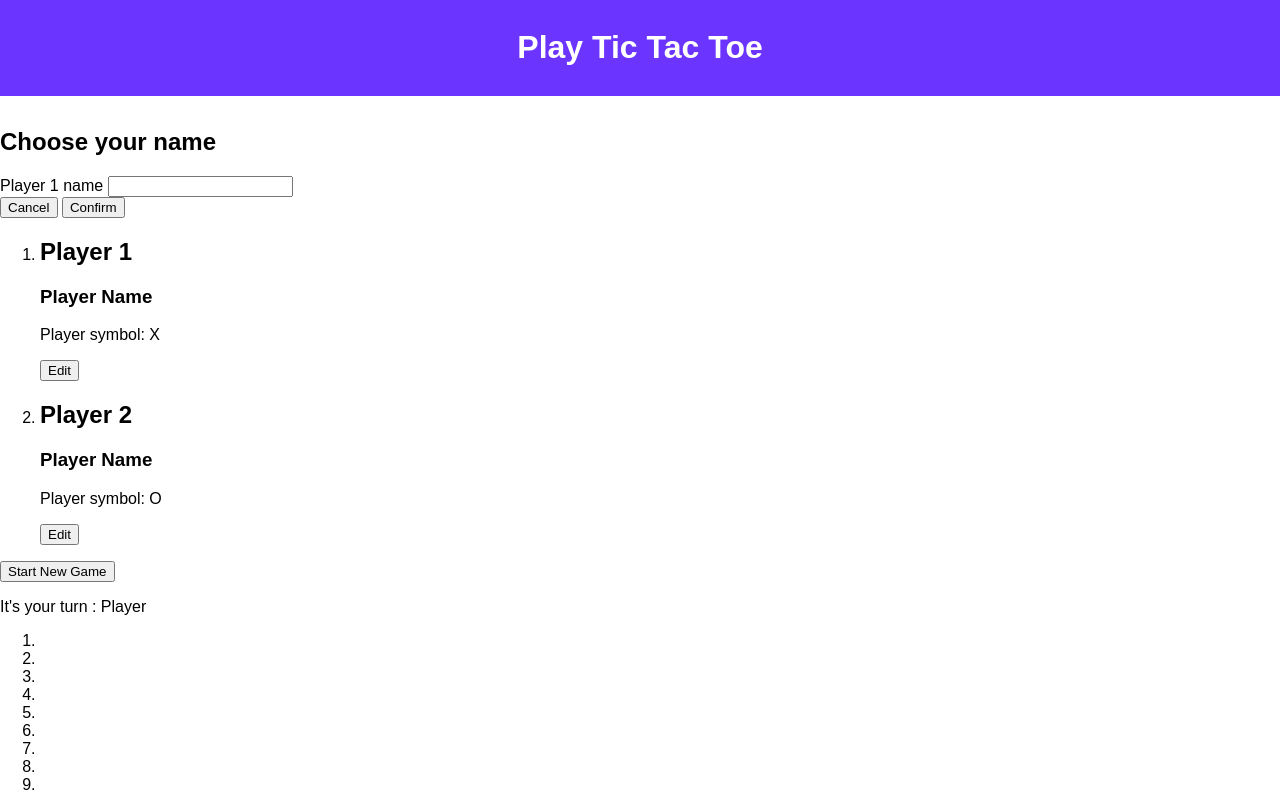
Repository: Harjot00/Wevdev
Page: Tic tac toe/index.html
The author's editor kept a copy of each file at every save. The page is drawn from the files as they stood at one save, then again after the next save.
The browser window is 1280 px wide. The pictures show the whole page.
Some web fonts or font styles are not loaded; a fallback is used.

Above is the page before, as saved 2022-05-20 23:36:37.

After the next save:
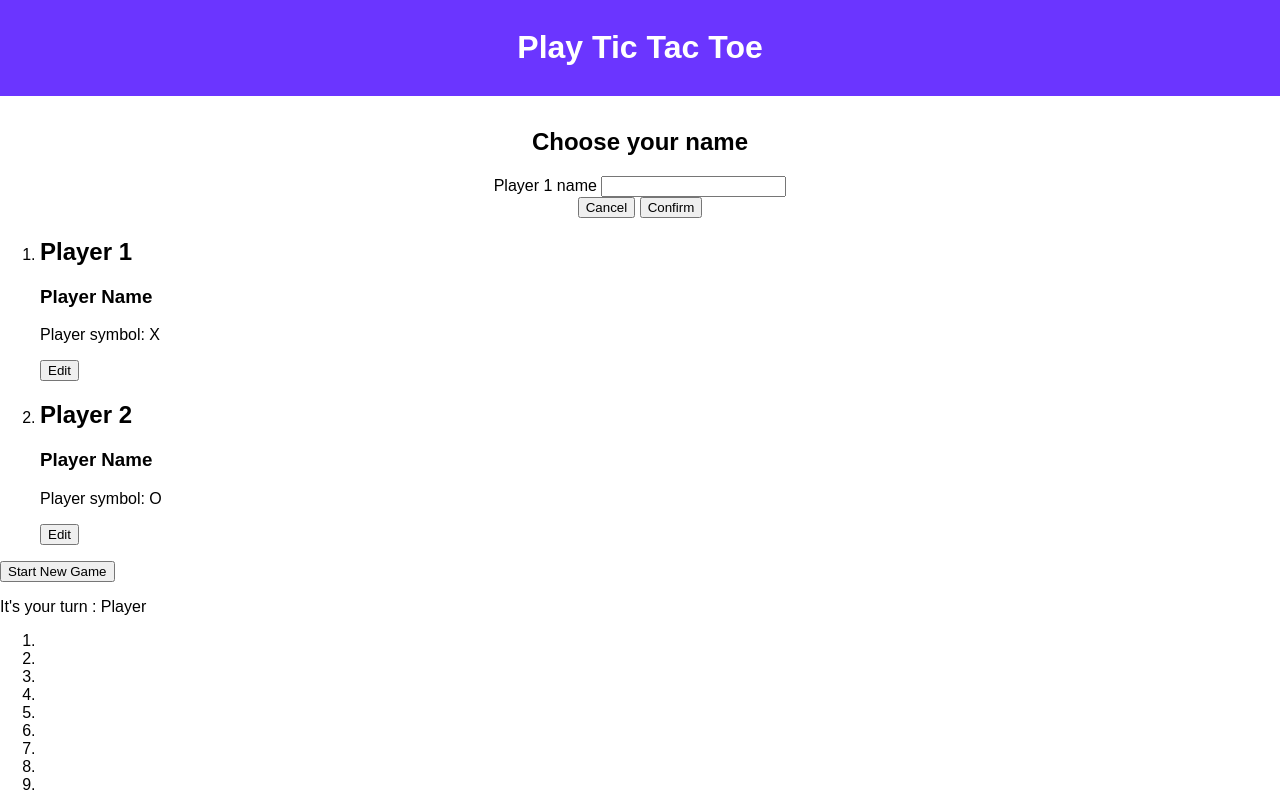
Saved 31 s later.
--- a/Tic tac toe/styles.css
+++ b/Tic tac toe/styles.css
@@ -12,5 +12,5 @@ header{
     text-align: center;
 }
 aside {
-    margin:1rem auto;
+    text-align: center;
 }
